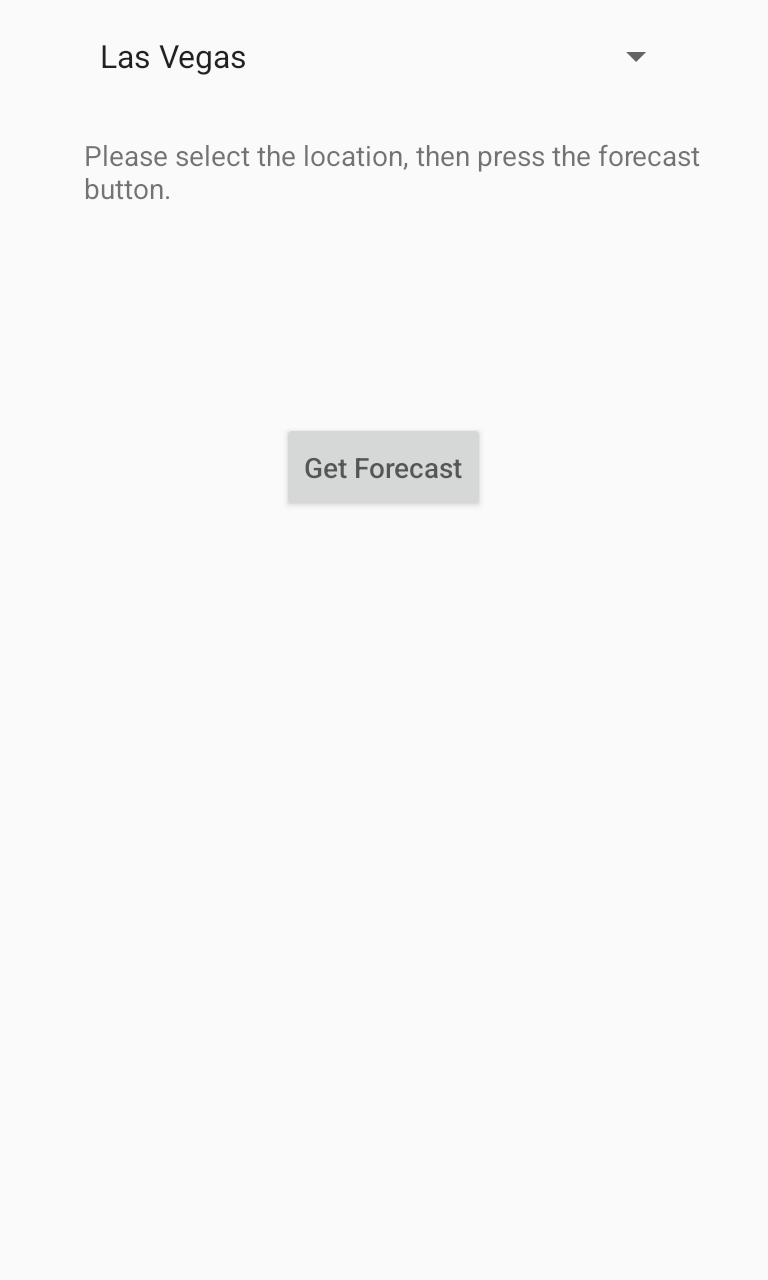
Repository: g80349/Java1
Layout: Week2/Weather/res/layout/activity_main.xml
The author's editor kept a copy of each file at every save. The layout is drawn from the files as they stood at one save, then again after the next save.
It is drawn on a 768 x 1280 px phone screen (xhdpi) without system bars, with theme AppTheme; the app's code is not run. Lists and similar views that code fills are empty.

Above is the layout before, as saved 2014-04-10 02:09:39.

### Week2/Weather/res/layout/activity_main.xml
<RelativeLayout xmlns:android="http://schemas.android.com/apk/res/android"
    xmlns:tools="http://schemas.android.com/tools"
    android:layout_width="match_parent"
    android:layout_height="match_parent"
    android:paddingBottom="@dimen/activity_vertical_margin"
    android:paddingLeft="@dimen/activity_horizontal_margin"
    android:paddingRight="@dimen/activity_horizontal_margin"
    android:paddingTop="@dimen/activity_vertical_margin"
    tools:context="com.example.weather.MainActivity$PlaceholderFragment" >

    <Spinner
        android:id="@+id/location"
        android:layout_width="300dp"
        android:layout_height="wrap_content"
        android:layout_alignParentTop="true"
        android:layout_centerHorizontal="true"
        android:entries = "@array/location_array" />

    <TextView
        android:id="@+id/forecast"
        android:layout_width="wrap_content"
        android:layout_height="wrap_content"
        android:layout_alignLeft="@+id/location"
        android:layout_below="@+id/location"
        android:layout_marginTop="28dp"
        android:text="@string/forecast_text" />

    <Button
        android:id="@+id/enter"
        android:layout_width="wrap_content"
        android:layout_height="wrap_content"
        android:layout_below="@+id/forecast"
        android:layout_centerHorizontal="true"
        android:layout_marginTop="106dp"
        android:hint="@string/enter_button"
        android:onClick="onClick" />

    <ListView
        android:id="@+id/listView1"
        android:layout_width="match_parent"
        android:layout_height="wrap_content"
        android:layout_above="@+id/forecast"
        android:layout_alignLeft="@+id/location" >
    </ListView>

</RelativeLayout>

### Week2/Weather/res/values/strings.xml
<?xml version="1.0" encoding="utf-8"?>
<resources>

    <string name="app_name">Weather</string>
    <string name="forecast_text">Please select the location, then press the forecast button.</string>
    <string name="action_settings">Settings</string>
    <string-array name = "location_array">
        <item>Las Vegas</item>
        <item>Henderson</item>
        <item>North Las Vegas</item>
        <item>Stateline</item>
    </string-array>
    <string name="enter_button">Get Forecast</string>

</resources>

Loaded but not shown: Week2/Weather/res/values/styles.xml (common file); Week2/Weather/res/values-v11/styles.xml (common file); Week2/Weather/res/values-v14/styles.xml (common file); Week2/Weather/res/values/dimens.xml (common file); Week2/Weather/res/values-w820dp/dimens.xml (common file)

After the next save:
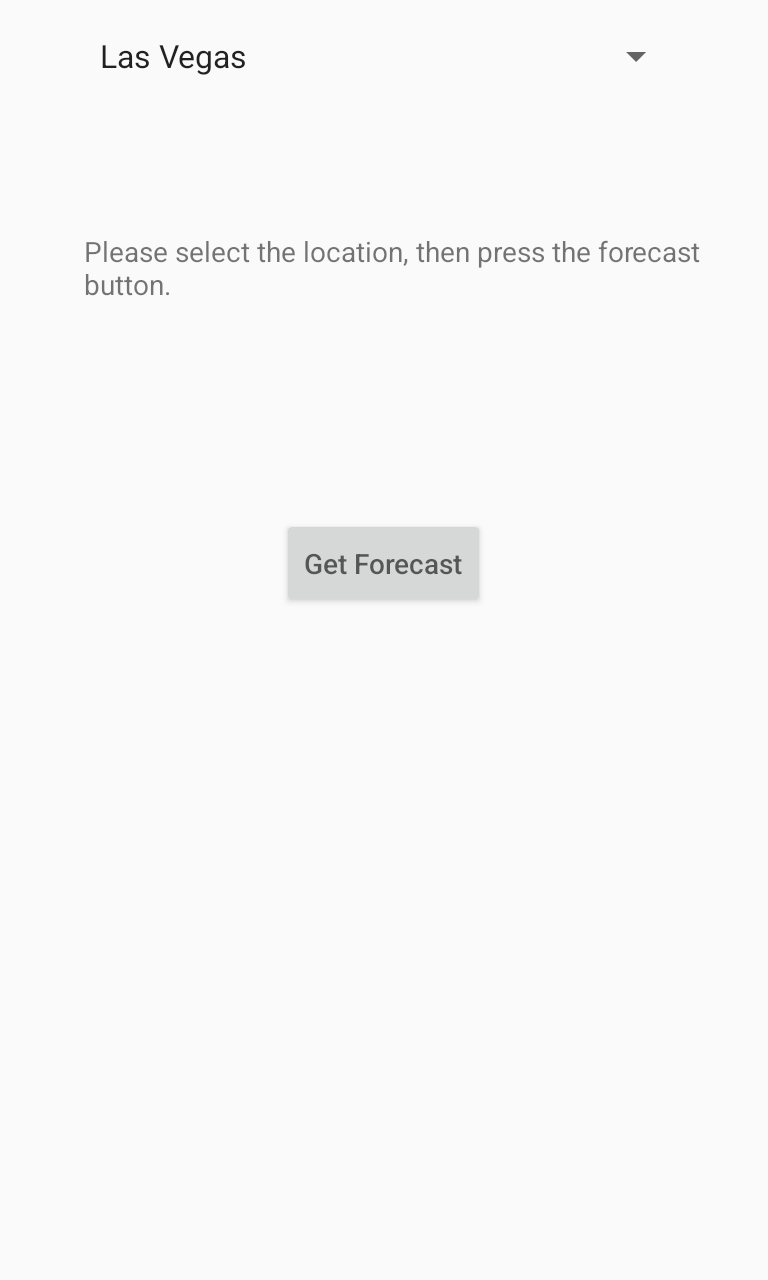
Saved 2 min 36 s later.
--- a/Week2/Weather/res/layout/activity_main.xml
+++ b/Week2/Weather/res/layout/activity_main.xml
@@ -16,15 +16,6 @@
         android:layout_centerHorizontal="true"
         android:entries = "@array/location_array" />
 
-    <TextView
-        android:id="@+id/forecast"
-        android:layout_width="wrap_content"
-        android:layout_height="wrap_content"
-        android:layout_alignLeft="@+id/location"
-        android:layout_below="@+id/location"
-        android:layout_marginTop="28dp"
-        android:text="@string/forecast_text" />
-
     <Button
         android:id="@+id/enter"
         android:layout_width="wrap_content"
@@ -35,12 +26,21 @@
         android:hint="@string/enter_button"
         android:onClick="onClick" />
 
+    <TextView
+        android:id="@+id/forecast"
+        android:layout_width="wrap_content"
+        android:layout_height="wrap_content"
+        android:layout_alignLeft="@+id/location"
+        android:layout_below="@+id/location"
+        android:layout_marginTop="76dp"
+        android:text="@string/forecast_text" />
+
     <ListView
         android:id="@+id/listView1"
         android:layout_width="match_parent"
         android:layout_height="wrap_content"
-        android:layout_above="@+id/forecast"
-        android:layout_alignLeft="@+id/location" >
+        android:layout_alignLeft="@+id/location"
+        android:layout_below="@+id/location" >
     </ListView>
 
 </RelativeLayout>
